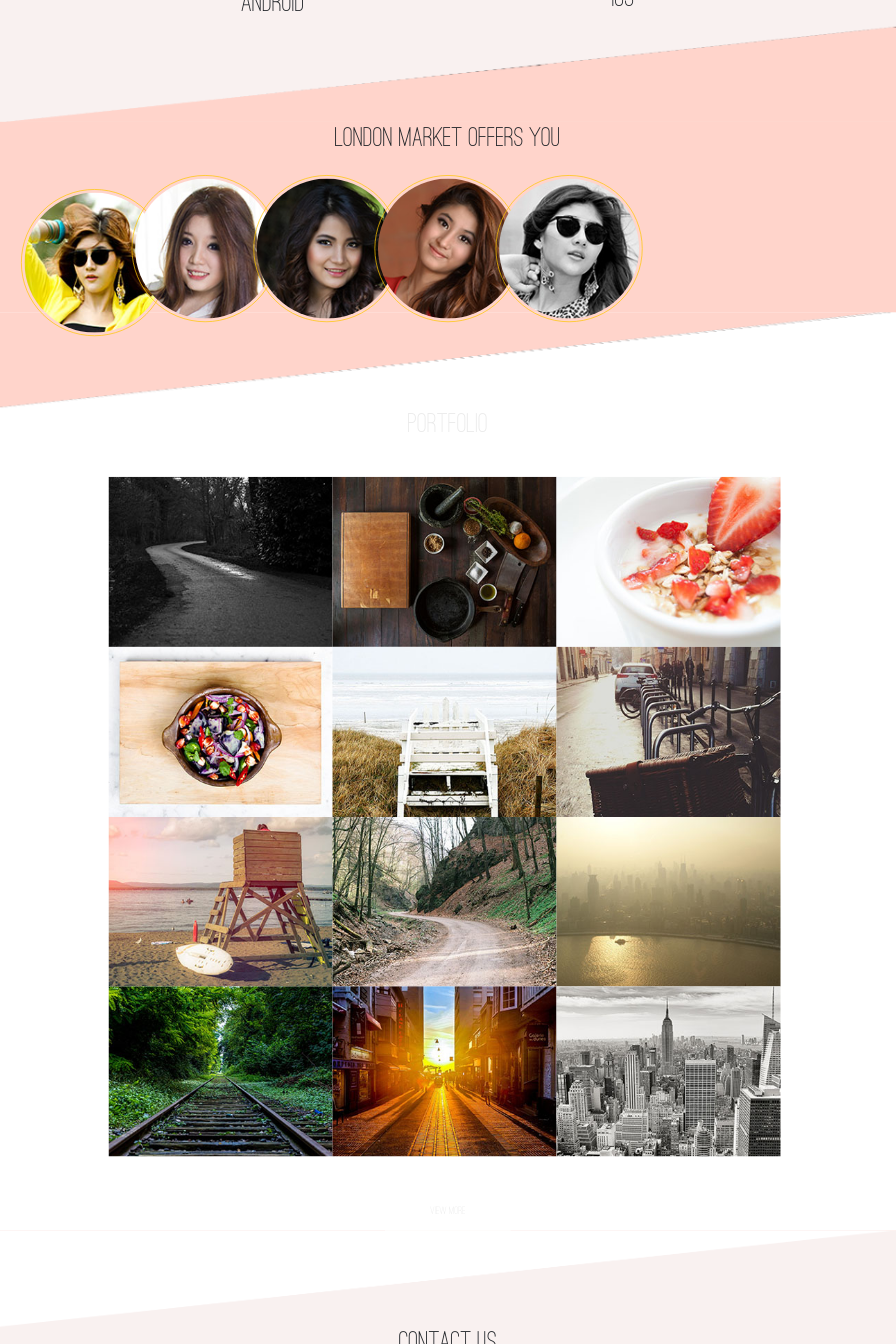
Repository: Demonster1999/newshoperrepo
Page: index.html
An editor plug-in stored every save of this project. The page is shown before and after the next save, followed by the edit.
The browser window is 1280 px wide. The pictures show the part of the page from y = 1323 to 3243 px (the page is 3971 px tall before and 4181 px after), at 70% of full size.
Some web libraries are served in a nearby version.

Above is the page before, as saved 2020-07-21 13:53:39.
Console error: TypeError: Cannot read properties of null (reading 'getContext')

### index.html
<!DOCTYPE html>
<head>
	<meta charset="UTF-8">
	<title>London Market</title>
	<meta name="keywords" content="" />
	<meta name="description" content="" />
    <meta name="viewport" content="width=device-width, initial-scale=1.0">
    <!--
    	Roller Template
		http://www.london-market.com/preview/london-market_424_roller
	-->
	<link rel="stylesheet" href="https://fonts.googleapis.com/css2?family=Great+Vibes">
	<link href="http://fonts.googleapis.com/css?family=Open+Sans:300,400,700" rel="stylesheet" type="text/css">
	<!-- <link href="css/font-awesome.min.css" rel="stylesheet">FontAwesome Icons -->
	<link rel="stylesheet" href="https://cdnjs.cloudflare.com/ajax/libs/font-awesome/5.14.0/css/all.min.css"
		integrity="sha512-1PKOgIY59xJ8Co8+NE6FZ+LOAZKjy+KY8iq0G4B3CyeY6wYHN3yt9PW0XpSriVlkMXe40PTKnXrLnZ9+fkDaog=="
		crossorigin="anonymous" />
	<link rel="stylesheet" href="https://maxcdn.bootstrapcdn.com/bootstrap/4.0.0/css/bootstrap.min.css" integrity="sha384-Gn5384xqQ1aoWXA+058RXPxPg6fy4IWvTNh0E263XmFcJlSAwiGgFAW/dAiS6JXm" crossorigin="anonymous">
	<link rel="stylesheet" href="fonts/ostrich-sans.css">
	<link href="css/LondonMarket.css" rel="stylesheet" type="text/css">
	<link rel="stylesheet" href="css/into-to-app.css">
	<link rel="stylesheet" href="css/navbar.css">
	<link rel="stylesheet" href="css/carousel.css">

</head>
<body>
	<nav class="navbar custom-nav sticky-top p-0 m-0 ">
		<a class="navbar-brand mx-auto text-white" style="font-family: Great Vibes; font-size: 40px;" href="#">London Market</a>

	  </nav>

	<nav class="navbar third-nav navbar-expand-lg navbar-light bg-light">
		<div class="container">
			<button class="navbar-toggler navbar-toggler-icon" type="button" data-toggle="collapse" data-target="#navbarSupportedChontent"
			aria-controls="navbarSupportedContent" aria-expanded="false" aria-label="Toggle navigation">
			<span class=""></span>
		</button>


		<div class="collapse navbar-collapse" id="navbarSupportedContent">
			<ul class="navbar-nav  mr-auto text-center">

				<li class="nav-item">
					<a class=" " href="#">Register</a>
				</li>
				<li class="nav-item ">
					<a class="" href="#">login</a>
				</li>


		</div>
		<div class="  mr-auto ">
			<!-- social icons  -->
			<button class="fab fa-facebook-f"></button>
			<button class="fab fa-twitter"></button>
			<button class="fab fa-linkedin-in"></button>
			<button class="fab fa-instagram"></button>
			<button class="fab fa-youtube"></button>
		</div>
		</div>

	</nav>


	<!-- nav with dots  -->
	<nav class="nav">
        <ul>
            <li class="dot1 active" id="ec1" data-toggle="tooltip" data-placement="left" title="Tooltip on left"></li>
            <li class="dot2" id="ec2" data-toggle="tooltip" data-placement="left" title="Tooltip on left"></li>
            <li class="dot3" id="ec3"  data-toggle="tooltip" data-placement="left" title="Tooltip on left"></li>
			<li class="dot4" id="ec4"  data-toggle="tooltip" data-placement="left" title="Tooltip on left"></li>
			<li class="dot5" id="ec5"  data-toggle="tooltip" data-placement="left" title="Tooltip on left"></li>
			<li class="dot5" id="ec5"  data-toggle="tooltip" data-placement="left" title="Tooltip on left"></li>
        </ul>
    </nav>

		<section class="" id="home">
			<div id="demo" class="carousel slide" data-ride="carousel">
				<ul class="carousel-indicators">
					<li data-target="#demo" data-slide-to="0" class="active"></li>
					<li data-target="#demo" data-slide-to="1"></li>
					<li data-target="#demo" data-slide-to="2"></li>
					<!-- <li data-target="#demo" data-slide-to="3"></li> -->
				</ul>
				<div class="carousel-inner">
					<div class="carousel-item active">
						<img src="images/carousel/carousel1.jpg" alt="Los Angeles"   >
						<div class="carousel-caption">
							<h3>Los Angeles</h3>
							<p>We had such a great time in LA!</p>
						</div>
					</div>
					<div class="carousel-item">
						<img src="images/carousel/carousel4.jpg" alt="Chicago"  >
						<div class="carousel-caption">
							<h3>Chicago</h3>
							<p>Thank you, Chicago!</p>
						</div>
					</div>
					<div class="carousel-item">
						<img src="images/carousel/cp11.jpg" alt="Chicago" >
						<div class="carousel-caption">
							<h3>Chicago</h3>
							<p>Thank you, Chicago!</p>
						</div>
					</div>
					<!-- <div class="carousel-item">
						<img src="images/images/lmimages/Adobe_20200716_143015.png" alt="Chicago">
						<div class="carousel-caption">
							<h3>Chicago</h3>
							<p>Thank you, Chicago!</p>
						</div>
					</div> -->
					<!-- <div class="carousel-item">
						<img src="images/carousel/carousel3.jpg" alt="New York" class=" w-100" style="height: 300px; max-height: 500px;">
						<div class="carousel-caption">
							<h3>New York</h3>
							<p>We love the Big Apple!</p>
						</div>
					</div> -->
				</div>
				<a class="carousel-control-prev" href="#demo" data-slide="prev">
					<span class="carousel-control-prev-icon"></span>
				</a>
				<a class="carousel-control-next" href="#demo" data-slide="next">
					<span class="carousel-control-next-icon"></span>
				</a>
			</div>
		</section>

<section class=" intro-to-app container-fluid">
	<img src="images/tm-border-black-top.png" class="w-100 img-top" alt="">
	<div class="container-fluid text-center ">

		<img src="images/images/lmimages/lm.png" class="p-0 m-0" width=200px height="200px" alt="" >
		<h1 class="mx-auto  "> Get Shop-a-holic</h1>

		<hr>


		<div class="container ">
			<p class="lead text-justify">After a period of more than 10 successful years in exhibition management with a strong focus on the fashion and
			lifestyle industry, One Management International proudly brings to you yet another feather in its cap, ‘The London
			Market App’.
			The app is based on the simple concept of ‘Affordable Luxury’, where we strive to present creative and beautiful
			products from sellers across the world, through an intelligent and user-friendly app. We believe in the power of
			expressing oneself, as we aspire to showcase products and brands that stand apart. With our wide array of products
			ranging from clothing and accessories to home décor and furniture, we have something unique for everyone.
</p>
               <div class="row">
<div class="col-md-6 p-2 text-center">
	<a href="https://play.google.com/store/apps/details?id=com.prpwebs.londonmarket" class="h1"> <img src="images/logos/play store.png" class=" " width="160px" height="160px" alt="play">
		<center> Android</center>
	</a>
</div>
<div class="col-md-6 text-center">
	<a href="" class="h1"> <img src="images/logos/hiclipart.com.png" class=" " width="160px" height="160px" alt="app">
		<center>ios</center>
	</a>

</div>
			   </div>

		</div>
	</div>
	<img src="images/tm-border-black-bottom.png" class="w-100 imgbottom" alt="">
</section>

<section class="tm-dark-bg tm-section" id="portfolio">
			<div class="container-fluid">

<h1 class="text-uppercase text-center">London Market offers You </h1>
<div class="  mt-5 ">
	<div class="img-container col-md-4">
		<div class="tm-img-circle-border ">
			<img src="images/testimonials/1.jpg" alt="Testimonial 1" class="img-circle tm-img-testimonial">
		</div>
	</div>
	<div class="img-container col-md-2">
		<div class="tm-img-circle-border absolute-center">
			<img src="images/testimonials/2.jpg" alt="Testimonial 2" class="img-circle tm-img-testimonial">
		</div>
	</div>
	<div class="img-container col-md-2">
		<div class="tm-img-circle-border absolute-center ">
			<img src="images/testimonials/3.jpg" alt="Testimonial 3" class="img-circle tm-img-testimonial">
		</div>

	</div>
	<div class="img-container col-md-2">
		<div class="tm-img-circle-border absolute-center">
			<img src="images/testimonials/4.jpg" alt="Testimonial 4" class="img-circle tm-img-testimonial">
		</div>
	</div>
	<div class="img-container col-md-2">
		<div class="tm-img-circle-border absolute-center"
			data-comment="Integer aliquam nibh nulla, id elementum purus tempus quis. Etiam eu massa condimentum, consectetur turpis et, semper diam. Vivamus mauris ipsum, bibendum non tempor nec, ultricies a leo. Fusce eu efficitur diam. Praesent vel mi viverra leo finibus maximus sed in ipsum."
			data-author="Malicia Viva Fusce" id="author5">
			<img src="images/testimonials/5.jpg" alt="Testimonial 5" class="img-circle tm-img-testimonial">
		</div>
	</div>
</div>
<hr class="tm-author-name-underline">

					</div>
		</section> <!-- portfolio -->
		<section class="tm-section bg-white" id="testimonials" >
			<img src="images/tm-border-black-top.png" alt="Border" class="tm-border">
			<div class="container">
					<div class="row">
						<div class="col-lg-12 col-md-12 col-sm-12 col-xs-12 text-center">
							<h1 class="tm-light-gray-text text-center text-uppercase">Portfolio</h1>
							<div class="tm-portfolio-images-container margin-top-50">
								<div class="tm-image-container">
									<div class="tm-portfolio-image-overlay text-center">
										<div class="absolute-center">
											<a href="#" class="fa fa-search"></a>
											<h2 class="text-uppercase tm-white-text">Lorem</h2>
											<p class="text-uppercase">sagittis</p>
										</div>
									</div>
									<img src="images/portfolio/01.jpg" alt="Portfolio 1">
								</div>
								<div class="tm-image-container">
									<div class="tm-portfolio-image-overlay">
										<div class="absolute-center">
											<a href="#" class="fa fa-search"></a>
											<h2 class="text-uppercase tm-white-text">Dimperdiet</h2>
											<p class="text-uppercase">Aliquam</p>
										</div>
									</div>
									<img src="images/portfolio/02.jpg" alt="Portfolio 2">
								</div>
								<div class="tm-image-container">
									<div class="tm-portfolio-image-overlay">
										<div class="absolute-center">
											<a href="#" class="fa fa-search"></a>
											<h2 class="text-uppercase tm-white-text">Pellentesque</h2>
											<p class="text-uppercase">noemer</p>
										</div>
									</div>
									<img src="images/portfolio/03.jpg" alt="Portfolio 3">
								</div>
								<div class="tm-image-container">
									<div class="tm-portfolio-image-overlay">
										<div class="absolute-center">
											<a href="#" class="fa fa-search"></a>
											<h2 class="text-uppercase tm-white-text">Aenean</h2>
											<p class="text-uppercase">pharetra</p>
										</div>
									</div>
									<img src="images/portfolio/04.jpg" alt="Portfolio 4">
								</div>
								<div class="tm-image-container">
									<div class="tm-portfolio-image-overlay">
										<div class="absolute-center">
											<a href="#" class="fa fa-search"></a>
											<h2 class="text-uppercase tm-white-text">condimentum</h2>
											<p class="text-uppercase">libero</p>
										</div>
									</div>
									<img src="images/portfolio/05.jpg" alt="Portfolio 5">
								</div>
								<div class="tm-image-container">
									<div class="tm-portfolio-image-overlay">
										<div class="absolute-center">
											<a href="#" class="fa fa-search"></a>
											<h2 class="text-uppercase tm-white-text">nulla</h2>
											<p class="text-uppercase">consectetur</p>
										</div>
									</div>
									<img src="images/portfolio/06.jpg" alt="Portfolio 6">
								</div>
								<div class="tm-image-container tm-show-hide">
									<div class="tm-portfolio-image-overlay">
										<div class="absolute-center">
											<a href="#" class="fa fa-search"></a>
											<h2 class="text-uppercase tm-white-text">Rondimentum</h2>
											<p class="text-uppercase">Sdui</p>
										</div>
									</div>
									<img src="images/portfolio/07.jpg" alt="Portfolio 7">
								</div>
								<div class="tm-image-container tm-show-hide">
									<div class="tm-portfolio-image-overlay">
										<div class="absolute-center">
											<a href="#" class="fa fa-search"></a>
											<h2 class="text-uppercase tm-white-text">imperdiet</h2>
											<p class="text-uppercase">Raugue</p>
										</div>
									</div>
									<img src="images/portfolio/08.jpg" alt="Portfolio 8">
								</div>
								<div class="tm-image-container tm-show-hide">
									<div class="tm-portfolio-image-overlay">
										<div class="absolute-center">
											<a href="#" class="fa fa-search"></a>
											<h2 class="text-uppercase tm-white-text">blandit</h2>
											<p class="text-uppercase">Aliquam</p>
										</div>
									</div>
									<img src="images/portfolio/09.jpg" alt="Portfolio 9">
								</div>
								<div class="tm-image-container tm-show-hide">
									<div class="tm-portfolio-image-overlay">
										<div class="absolute-center">
											<a href="#" class="fa fa-search"></a>
											<h2 class="text-uppercase tm-white-text">Praesent</h2>
											<p class="text-uppercase">Aliquam</p>
										</div>
									</div>
									<img src="images/portfolio/10.jpg" alt="Portfolio 10">
								</div>
								<div class="tm-image-container tm-show-hide">
									<div class="tm-portfolio-image-overlay">
										<div class="absolute-center">
											<a href="#" class="fa fa-search"></a>
											<h2 class="text-uppercase tm-white-text">Dimperdiet</h2>
											<p class="text-uppercase">Aliquam</p>
										</div>
									</div>
									<img src="images/portfolio/11.jpg" alt="Portfolio 11">
								</div>
								<div class="tm-image-container tm-show-hide">
									<div class="tm-portfolio-image-overlay">
										<div class="absolute-center">
											<a href="#" class="fa fa-search"></a>
											<h2 class="text-uppercase tm-white-text">Dimperdiet</h2>
											<p class="text-uppercase">Aliquam</p>
										</div>
									</div>
									<img src="images/portfolio/12.jpg" alt="Portfolio 12">
								</div>
							</div>
							<a href="javascript:;" class="tm-view-more tm-light-gray-text margin-top-50 text-center text-uppercase">View
								More</a>
						</div>
					</div>
			</div>
		</section> <!-- testimonials -->
		<section class="tm-section tm-orange-bg" id="contact" >
			<img src="images/tm-border-white-top.png" alt="Border" class="tm-border">
			<div class="container">
				<h1 class="text-uppercase text-center">Contact Us</h1>
				<p class="text-center margin-top-50">Phasellus sed rutrum quam. Aenean mollis nec metus quis fringilla. Aliquam interdum risus quis sem rhoncus, vel iaculis lorem pulvinar. Maecenas in lorem non quam bibendum auctor vel lobortis sem.</p>
				<div class="row margin-top-50">
					<div class="col-lg-6 col-md-6 col-sm-6 col-xs-12">
						<div id="map-canvas"></div>
					</div>
					<div class="col-lg-6 col-md-6 col-sm-6 col-xs-12">
						<form action="#" method="post" class="tm-contact-form">
							<div class="form-group">
								<input type="text" id="contact_name" class="form-control" placeholder="NAME..." />
							</div>
							<div class="form-group">
								<input type="text" id="contact_email" class="form-control" placeholder="EMAIL..." />
							</div>
							<div class="form-group">
								<input type="text" id="contact_subject" class="form-control" placeholder="SUBJECT..." />
							</div>
							<div class="form-group">
								<textarea id="contact_message" class="form-control" rows="8" placeholder="WRITE A MESSAGE..."></textarea>
							</div>
							<button type="submit" class="btn text-uppercase tm-dark-bg tm-orange-text tm-send-btn">Send</button>
						</form>
					</div>
				</div>
			</div>
			<img src="images/tm-border-black-bottom.png" alt="Border" class="tm-border">
		</section> <!-- contact -->


	<footer class="text-right tm-dark-bg">
		<p class="text-uppercase container small">Copyright &copy; 2084 <a href="#">Company Name</a></p>
	</footer>
	<script src="js/jquery-1.11.1.min.js" ></script>
	<!-- <script src="https://code.jquery.com/jquery-3.5.1.min.js"
		integrity="sha256-9/aliU8dGd2tb6OSsuzixeV4y/faTqgFtohetphbbj0=" crossorigin="anonymous"></script> -->
		<script src="https://cdnjs.cloudflare.com/ajax/libs/font-awesome/5.14.0/js/all.min.js"
			integrity="sha512-YSdqvJoZr83hj76AIVdOcvLWYMWzy6sJyIMic2aQz5kh2bPTd9dzY3NtdeEAzPp/PhgZqr4aJObB3ym/vsItMg=="
			crossorigin="anonymous"></script>
<script src="https://cdnjs.cloudflare.com/ajax/libs/popper.js/1.12.9/umd/popper.min.js" integrity="sha384-ApNbgh9B+Y1QKtv3Rn7W3mgPxhU9K/ScQsAP7hUibX39j7fakFPskvXusvfa0b4Q" crossorigin="anonymous"></script>
<script src="https://maxcdn.bootstrapcdn.com/bootstrap/4.0.0/js/bootstrap.min.js" integrity="sha384-JZR6Spejh4U02d8jOt6vLEHfe/JQGiRRSQQxSfFWpi1MquVdAyjUar5+76PVCmYl" crossorigin="anonymous"></script>
	<script src="js/LondonMarket.js"></script>
	<script src="js/scrollnav.js"></script>
</body>
</html>

### css/into-to-app.css
.intro-to-app{

    padding: 0;
    background-color:#F9F1F0;

}
.intro-to-app img{
    display: inline;
}
.intro-to-app h1{
    font-family: ostrich sans ;
    font-weight: bold;
    display: inline;
    font-size: 50px;

}
.intro-to-app p{
    font-family: hevletica;

}
.imgbottom{
    width: 200%;
    margin: 0;

    position: relative;

}

.img-top{
    margin: 0;
    position: relative;



}

### css/navbar.css
.custom-nav {
    background-color: #e2725b;

}
.custom-nav {
    color: #fff;
    font-size: 25px;

}

/* thirdnav  */
.third-nav a{
    color: black;
    font-family: 'Lucida Sans', 'Lucida Sans Regular', 'Lucida Grande', 'Lucida Sans Unicode', Geneva, Verdana, sans-serif;
    font-weight: bold;
    color: #e2725b;
}
.third-nav ul li{
    margin-left: 10%;
    margin-right: 10%;
}
.third-nav .fa-facebook-f,.fa-twitter,.fa-linkedin-in,.fa-instagram,.fa-youtube{
 margin-left: 5px;
  margin-right: 5px;
    color:#e2725b;

}

/* thirdnav end  */

.nav {
    position: fixed;
    top: 45%;
    bottom: 30%;
    right: 0;
	width: 60px;
	z-index: 50;
}

.nav ul {
	list-style: none;
}


.nav li {
    width: 10px;
	height: 10px;
	margin: 10px;
    border-radius: 100%;
    background-color: rosybrown;
    cursor: pointer;
    transition: .5s;
}

.dot1 {
    background-color: rgb(82, 43, 43);
}

.dot2 {
    background-color: rgb(24, 73, 44);
}

.dot3 {
    background-color: rgb(73, 58, 204);
}

.dot4 {
    background-color: rgb(58, 70, 31);
}

.active {
    box-shadow: 0 0 0 3px #fffffff1, 0 0 0 6px #000;
}

### css/carousel.css
#home .carousel-inner img {
    min-width: 100%;
    min-height: 320px;
    max-height: 500px;
    max-resolution: 0;
  }


  #home .carousel-inner .carousel-caption{
    position: absolute;
    font-size: 30px;
    background-color: rgba(0,0, 0, 0.3);
    width: 100%;
    margin: 0;
    left: 0;
    right: 0;
    height: 100%;
    top: 5px;

  }

    #home .carousel-inner .carousel-caption h3{
      position: relative;
      top: 40%;
      font-family:fantasy;

      font-size: 40px;
    }
    #home .carousel-inner .carousel-caption p{
      position: relative;
      top: 42%;
      font-family: Cambria, Cochin, Georgia, Times, 'Times New Roman', serif;

    }
    .carousel-control-prev,.carousel-control-next{
      z-index: 50;
    }

Loaded but not shown: fonts/ostrich-sans.css (common file); js/jquery-1.11.1.min.js (library); js/LondonMarket.js (359 lines, source omitted); js/scrollnav.js (48 lines, source omitted); css/LondonMarket.css (434 lines, source omitted)

After the next save:
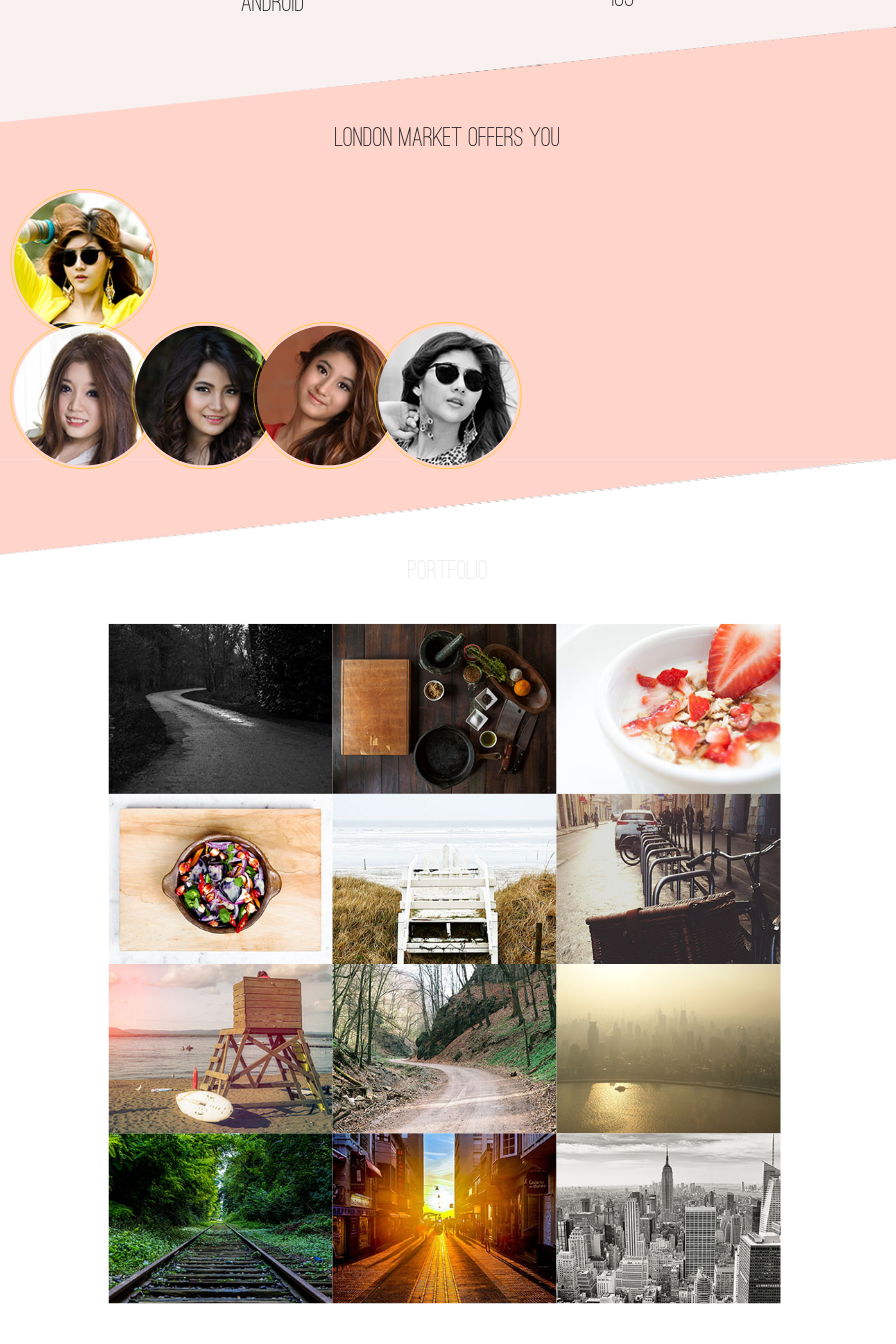
Saved 11 s later.
--- a/index.html
+++ b/index.html
@@ -171,7 +171,7 @@
 
 <h1 class="text-uppercase text-center">London Market offers You </h1>
 <div class="  mt-5 ">
-	<div class="img-container col-md-4">
+	<div class="">
 		<div class="tm-img-circle-border ">
 			<img src="images/testimonials/1.jpg" alt="Testimonial 1" class="img-circle tm-img-testimonial">
 		</div>
